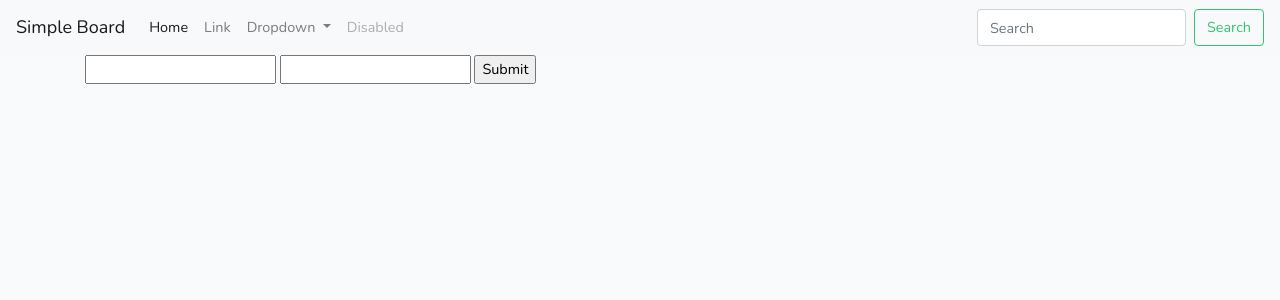
Repository: dainabeblog/simpleboard
Page: http://localhost/posts/create
The author's editor kept a record of every edit. The page is drawn from the files as they stood at one moment, then again after the next edit.
The browser window is 1280 px wide. The pictures show the whole page.
The page is served by the project's Laravel application, run on PHP 8.4 with Laravel 8.

Above is the page before.

After the next edit:
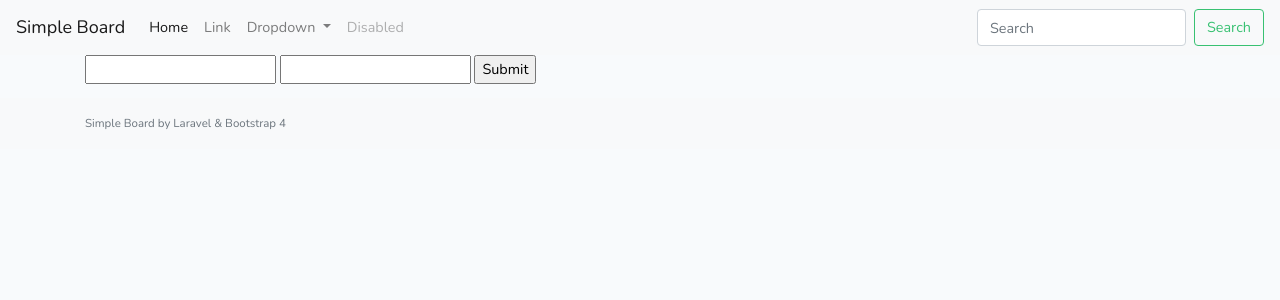
The edit:
--- a/simpleboard/resources/views/layouts/layouts.blade.php
+++ b/simpleboard/resources/views/layouts/layouts.blade.php
@@ -10,6 +10,8 @@
         <div class="container">
             @yield('content')
         </div>
+        @component('components.footer')
+        @endcomponent
 
          <script src="{{ asset('js/app.js') }}"></script>
     </body>
